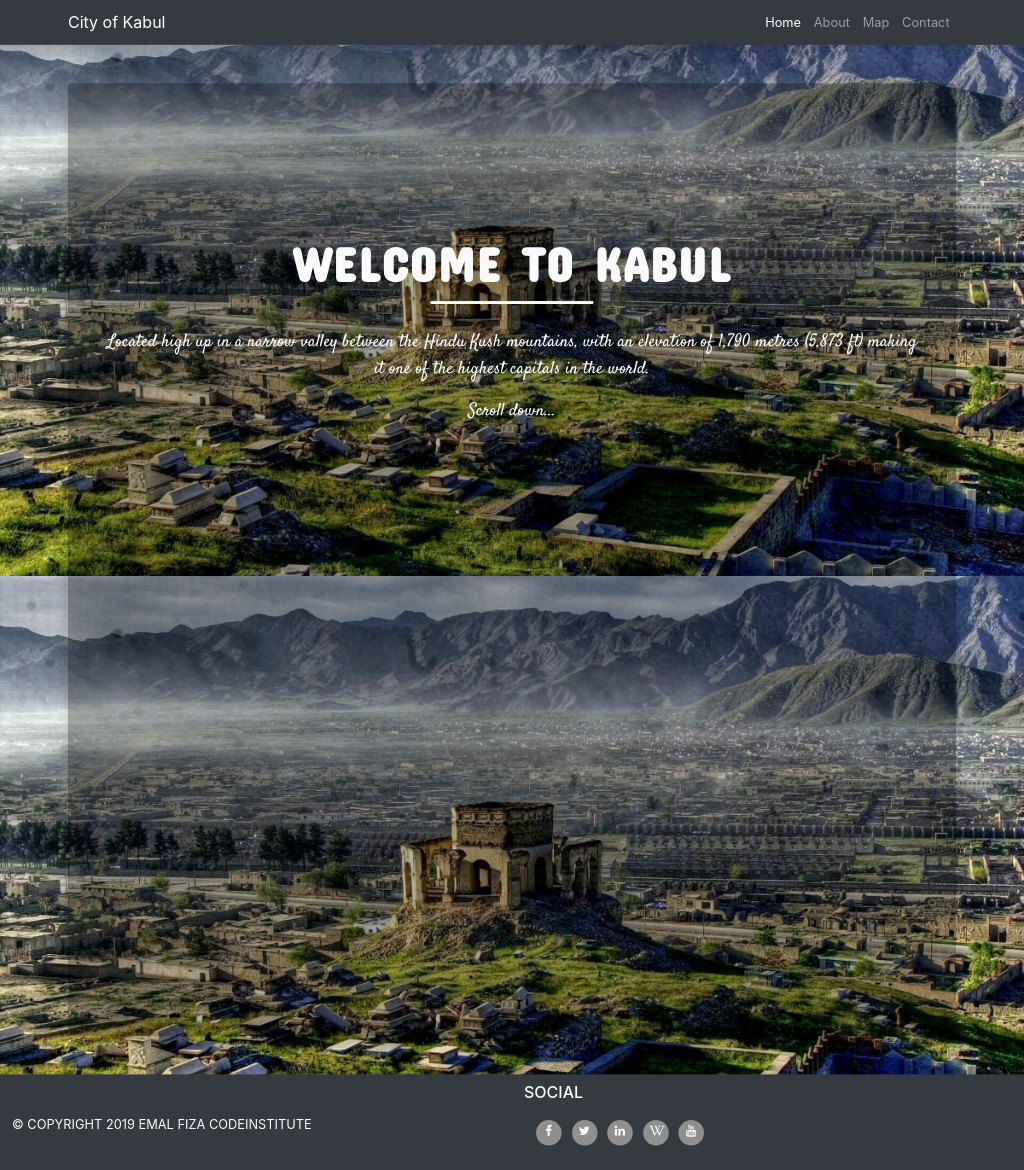
Repository: emalfiza/project-kabul
Page: index.html
The author's editor kept a record of every edit. The page is drawn from the files as they stood at one moment, then again after the next edit.
The browser window is 1280 px wide. The pictures show the whole page, at 80% of full size.
Backgrounds fixed to the window are drawn as part of the page.

Above is the page before.

### index.html
<!DOCTYPE html>
<html lang="en">

<head>
  <meta charset="UTF-8">
  <meta name="viewport" content="width=device-width, initial-scale=1.0">
  <meta http-equiv="X-UA-Compatible" content="ie=edge">
  <link rel="stylesheet" href="https://stackpath.bootstrapcdn.com/bootstrap/4.3.1/css/bootstrap.min.css" type="text/css" />
  <link rel="stylesheet" href="https://stackpath.bootstrapcdn.com/font-awesome/4.7.0/css/font-awesome.min.css" type="text/css" />
  <link rel="stylesheet" href="assets/css/style.css" type="text/css" />
  <title>City of Kabul</title>
</head>

<body>
  <section>

  <!------------------------------------------- Navigation -->

  <nav class="navbar navbar-expand-lg navbar-dark bg-dark static-top mb-5 shadow">
    <div class="container">
      <a class="navbar-brand" href="#">City of Kabul</a>
      <button class="navbar-toggler" type="button" data-toggle="collapse" data-target="#navbarResponsive" aria-controls="navbarResponsive" aria-expanded="false" aria-label="Toggle navigation">
          <span class="navbar-toggler-icon"></span>
        </button>
      <div class="collapse navbar-collapse" id="navbarResponsive">
        <ul class="navbar-nav ml-auto">
          <li class="nav-item active">
            <a class="nav-link" href="#">Home
                <span class="sr-only">(current)</span>
              </a>
          </li>
          <li class="nav-item">
            <a class="nav-link" href="#">About</a>
          </li>
          <li class="nav-item">
            <a class="nav-link" href="#">Map</a>
          </li>
          <li class="nav-item">
            <a class="nav-link" href="#">Contact</a>
          </li>
        </ul>
      </div>
    </div>
  </nav>

  <!------------------------------------------ Page Content -->

  <div class="container">
    <div class="card border-0 shadow my-5">
      <div class="card-body p-5">
        <div class="context">
          <h1 class="title">Welcome To Kabul</h1>
          <hr>
          <p class="primary">Located high up in a narrow valley between the Hindu Kush mountains, with an elevation
          of 1,790 metres (5,873 ft) making it one of the highest capitals in the world.</p>
          <p class="lead">Scroll down...</p>
        </div>
       <div style="height: 700px"></div>
      </div>
    </div>
  </div>

  </section>

  <footer class="container-fluid">
    <div class="row">
      <div class="col-sm-6">
        <p class="uppercase general-sub special">&copy; Copyright 2019 Emal Fiza CodeInstitute</p>
      </div>
      <div class="col-sm-6">
        <h5 class="uppercase general-sub">Social</h5>
        <ul class="list-inline social-links">
          <li class="list-inline-item">
            <a target="_blank" href="#">
              <i class="fa fa-facebook" aria-hidden="true"></i>
              <span class="sr-only">Facebook</span>
            </a>
          </li>
          <li class="list-inline-item">
            <a target="_blank" href="#">
              <i class="fa fa-twitter" aria-hidden="true"></i>
              <span class="sr-only">Twitter</span>
            </a>
          </li>
          <li class="list-inline-item">
            <a target="_blank" href="#">
              <i class="fa fa-linkedin" aria-hidden="true"></i>
              <span class="sr-only">LinkedIn</span>
            </a>
          </li>
          <li class="list-inline-item">
            <a target="_blank" href="#">
              <i class="fa fa-wikipedia-w" aria-hidden="true"></i>
              <span class="sr-only">Wikipedia</span>
            </a>
          </li>
          <li class="list-inline-item">
            <a target="_blank" href="#">
              <i class="fa fa-youtube" aria-hidden="true"></i>
              <span class="sr-only">YouTube</span>
            </a>
          </li>
        </ul>
      </div>
    </div>

  </footer>
</body>

</html>

### assets/css/style.css
@import url('https://fonts.googleapis.com/css?family=Concert+One|Satisfy&display=swap:100,200,300,400,500,600,700,800|satisfy:100,200,300,400,500,600,700,800');

/* -----------------------------------------------------Navbar --*/

.navbar-brand {
  color: #fafafa;
}

/* -- The bellow body css imported from the startbootstrap.com --*/

body {
  background: url("../images/kabul.jpg") no-repeat center center fixed;
  background-size: cover;
  -webkit-background-size: cover;
  -moz-background-size: cover;
  -o-background-size: cover;
}

/* -----------------------------------------------------Heading --*/

.title {
  font-family: "Concert One", sans-serif;
  font-weight: bolder;
  text-align: center;
  letter-spacing: 2px;
  text-transform: uppercase;
  font-size: 60px;
  color: #fafafa;
  margin-bottom: 10px;
}

hr {
  width: 20%;
  display: block;
  margin-top: 0.5em;
  margin-bottom: 0.5em;
  margin-left: auto;
  margin-right: auto;
  border-style: double;
  border-width: 1px;
  border-radius: 2px;
  height: 2px;
  color: #fafafa;
  background-color: #fafafa;
}

.card {
  background-color: rgba(0, 0, 0, 0.3);
}

.context {
  margin-top: 14%;
}

.primary,
.lead {
  font-family: "satisfy", sans-serif;
  font-size: 22px;
  color: #fafafa;
  text-align: center;
  margin-top: 32px;
}

.lead {
  margin-top: 20px;
}

/* -----------------------------------------------------Footer --*/

footer {
  background-color: #343a40!important;
  color: #fafafa;
  min-height: 100px;
}

.uppercase {
  text-transform: uppercase;
}

/* --The font-family for the general-sub I copied from the bootsratp navbar "DevTool" of my home page
because I wanted my footer font family to match my navbar--*/


.general-sub {
  font-family: -apple-system,BlinkMacSystemFont,"Segoe UI",Roboto,"Helvetica Neue",
  Arial,"Noto Sans",sans-serif,"Apple Color Emoji","Segoe UI Emoji","Segoe UI Symbol","Noto Color Emoji";
  margin-top: 10px;
}

.special {
  margin-left: 0px;
  margin-top: 50px;
}

.social-links {
  padding: 15px;
}

.social-links li a i {
  position: relative;
  width: 32px;
  height: 32px;
  padding: 8px;
  border-radius: 50%;
  font-size: 15px;
  line-height: 12px;
  text-align: center;
  color: #fafafa;
  background-color: #8f8f8f;
  transition: all 0.40s ease-in-out;
  -moz-transition: all 0.40s ease-in-out;
  -webkit-transition: all 0.40s ease-in-out;
  -o-transition: all 0.40s ease-in-out;
}

.social-links li a i:hover {
  background-color: #252525;
}

After the next edit:
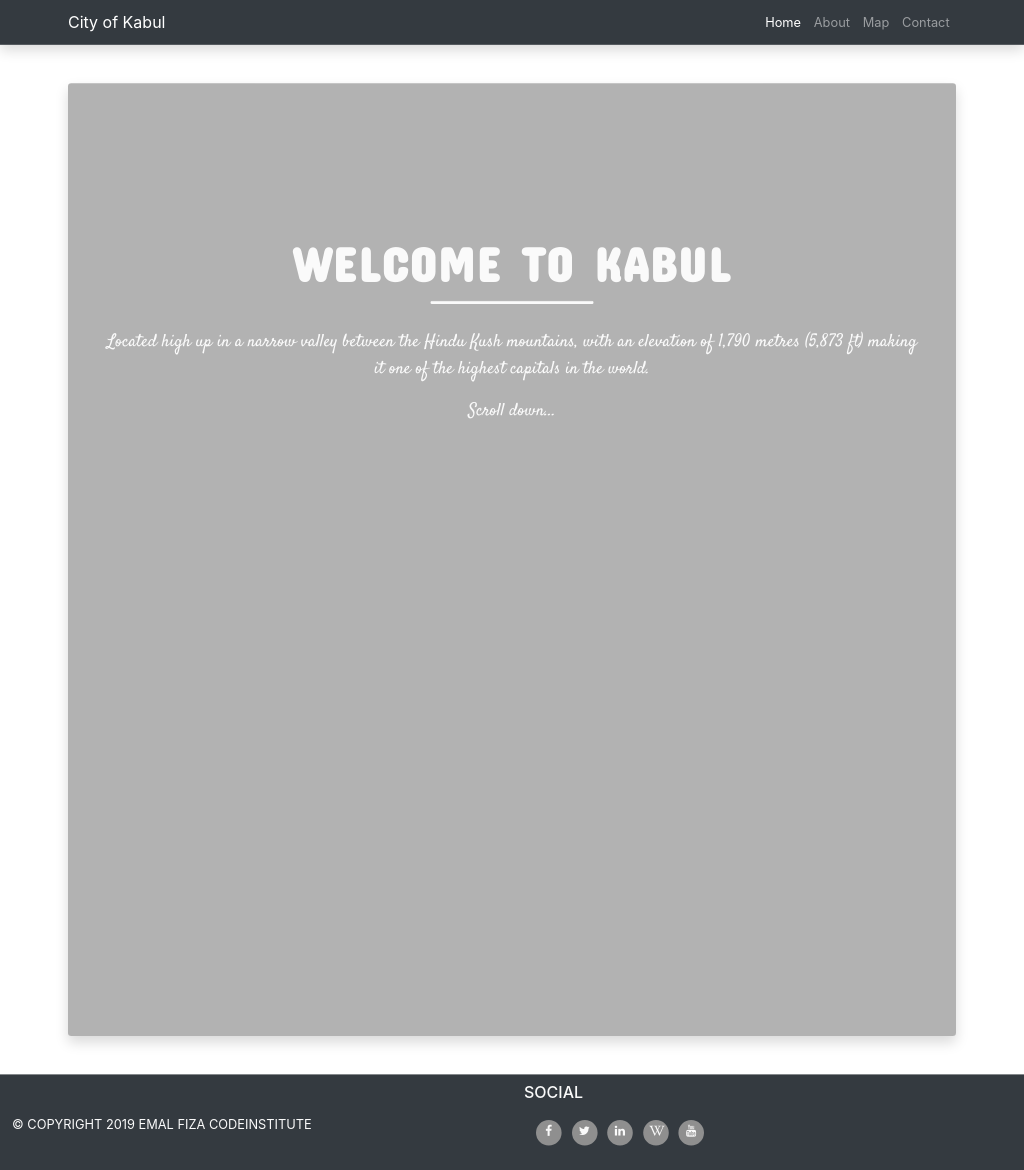
The edit:
--- a/assets/css/style.css
+++ b/assets/css/style.css
@@ -8,7 +8,7 @@
 
 /* -- The bellow body css imported from the startbootstrap.com --*/
 
-body {
+.image {
   background: url("../images/kabul.jpg") no-repeat center center fixed;
   background-size: cover;
   -webkit-background-size: cover;
@@ -80,10 +80,9 @@
 /* --The font-family for the general-sub I copied from the bootsratp navbar "DevTool" of my home page
 because I wanted my footer font family to match my navbar--*/
 
-
 .general-sub {
-  font-family: -apple-system,BlinkMacSystemFont,"Segoe UI",Roboto,"Helvetica Neue",
-  Arial,"Noto Sans",sans-serif,"Apple Color Emoji","Segoe UI Emoji","Segoe UI Symbol","Noto Color Emoji";
+  font-family: -apple-system, BlinkMacSystemFont, "Segoe UI", Roboto, "Helvetica Neue",
+  Arial, "Noto Sans", sans-serif, "Apple Color Emoji", "Segoe UI Emoji", "Segoe UI Symbol", "Noto Color Emoji";
   margin-top: 10px;
 }
 
